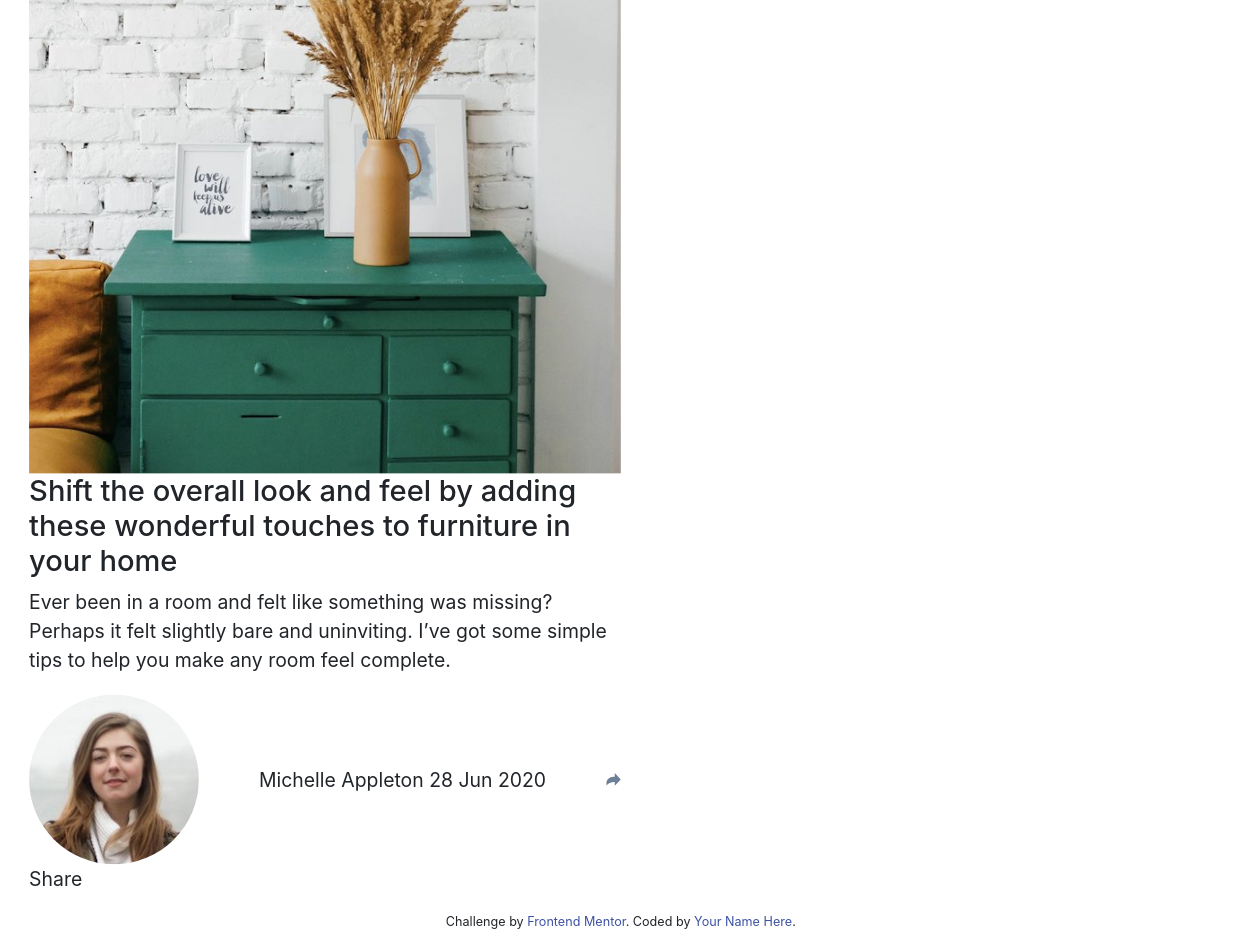
Repository: timiodulate/Article-Preview-Component
Page: index.html
The author's editor kept a copy of each file at every save. The page is drawn from the files as they stood at one save, then again after the next save.
The browser window is 1280 px wide. The pictures show the whole page, at 97% of full size.

Above is the page before, as saved 2020-07-11 11:22:38.

After the next save:
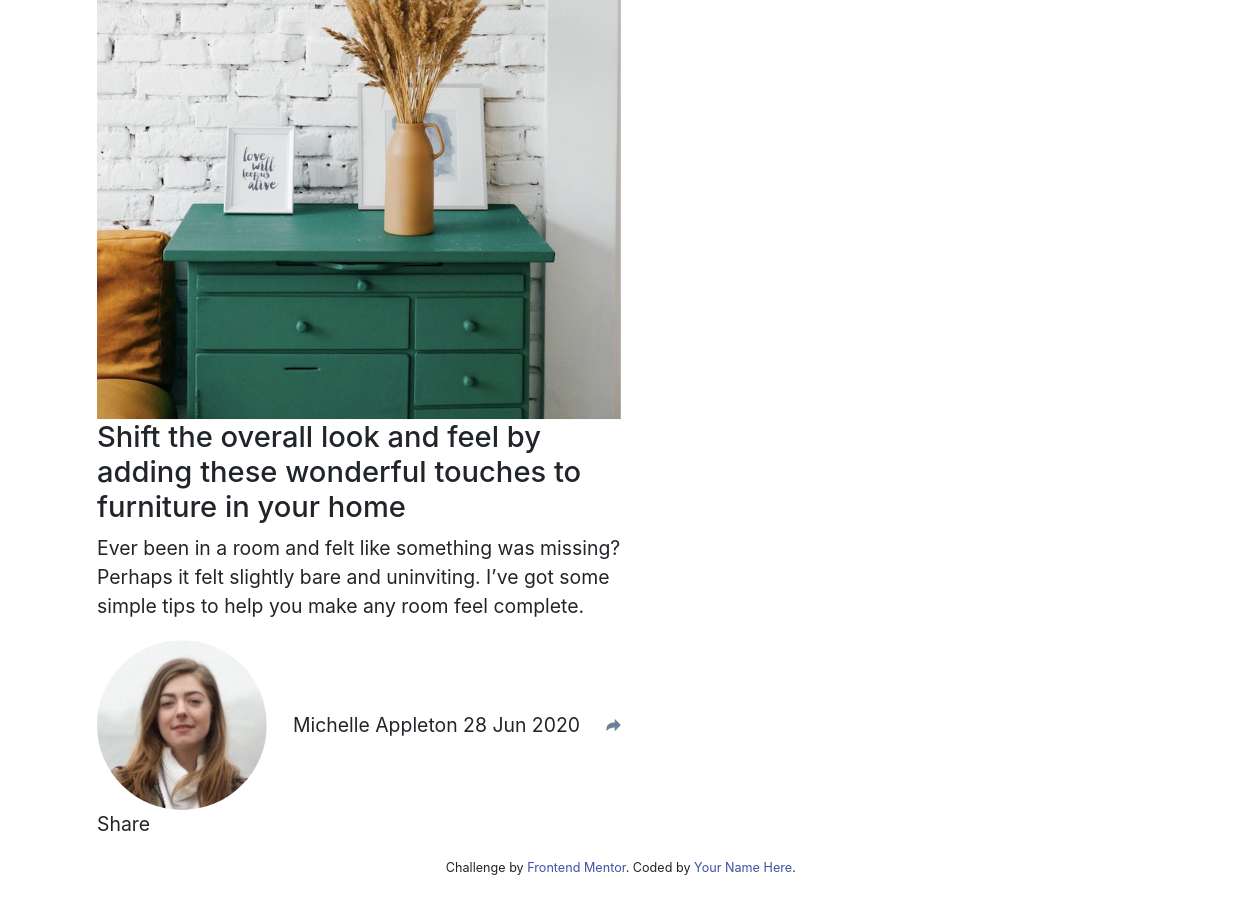
Saved 30 s later.
--- a/index.html
+++ b/index.html
@@ -16,7 +16,7 @@
 </head>
 <body>
 
-  <div class="container col d-flex flex-column justify-content-between">
+  <div class="container d-flex flex-column justify-content-between">
 
     <div class="cardContainer col d-flex-column align-items-center">
 
